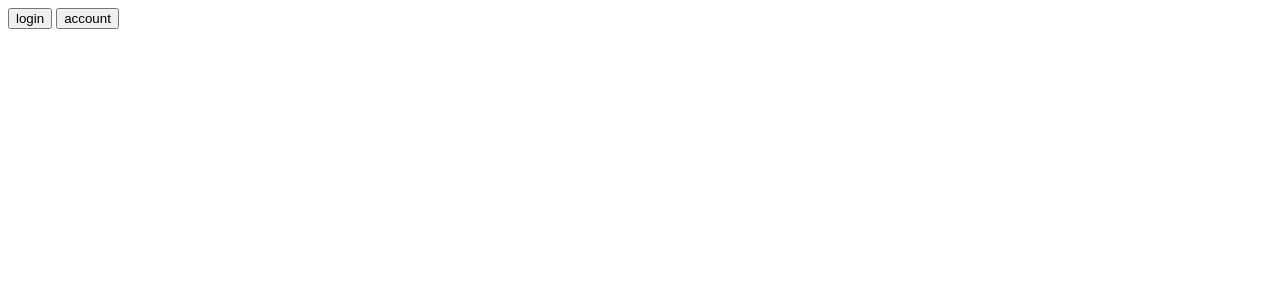
Repository: hagjun/jspstudy
Page: http://localhost/01_servlet/guestbook/member_index.jsp
These files come from the project's save history. The page is drawn as it stood at one moment and after the next save; the edit follows.
The browser window is 1280 px wide. The pictures show the whole page.
The page is served by Tomcat 9.

Above is the page before, as saved 2024-03-08 04:03:02.

After the next save:
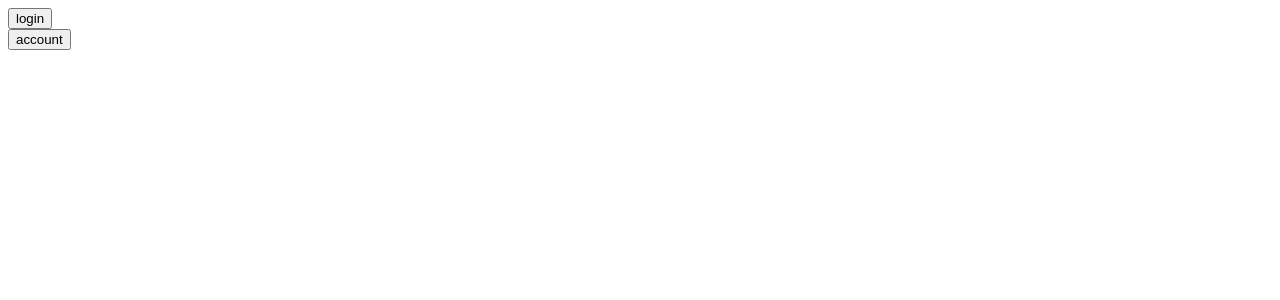
Saved 119 s later.
--- a/01_servlet/src/main/webapp/guestbook/member_index.jsp
+++ b/01_servlet/src/main/webapp/guestbook/member_index.jsp
@@ -10,8 +10,11 @@
 	<form action="/01_servlet/Member" method="post">
 		<input type="submit" value="login">
 		<input type="hidden" name="cmd" value="login">
+	</form>
+	<form action="/01_servlet/Member" method="post">
 		<input type="submit" value="account">
 		<input type="hidden" name="cmd" value="account">
+
 	</form>
 </body>
 </html>
